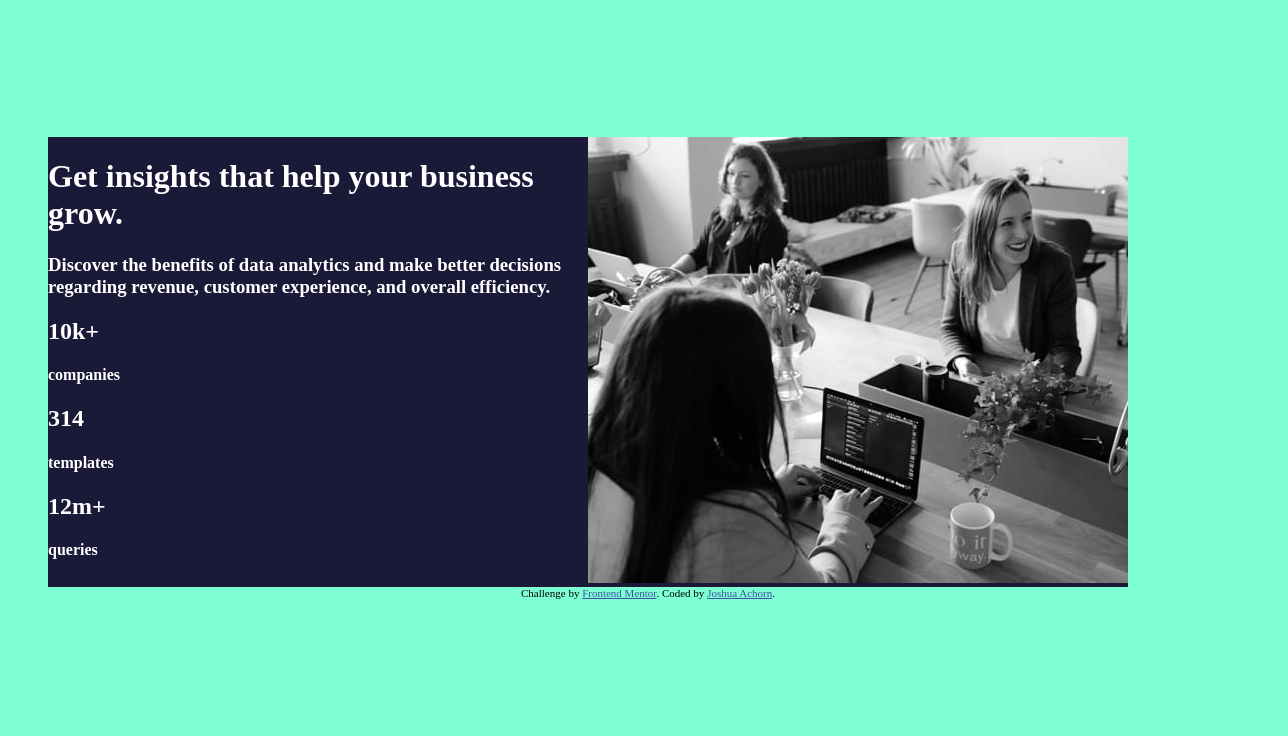
Repository: Achorn/stats-preview-card
Page: index.html
The author's editor kept a copy of each file at every save. The page is drawn from the files as they stood at one save, then again after the next save.
The browser window is 1280 px wide. The page is 1288 px wide, so the pictures cover 1288 px, including what lies to the right of the window. The pictures show the whole page.

Above is the page before, as saved 2021-06-16 17:17:45.

After the next save:
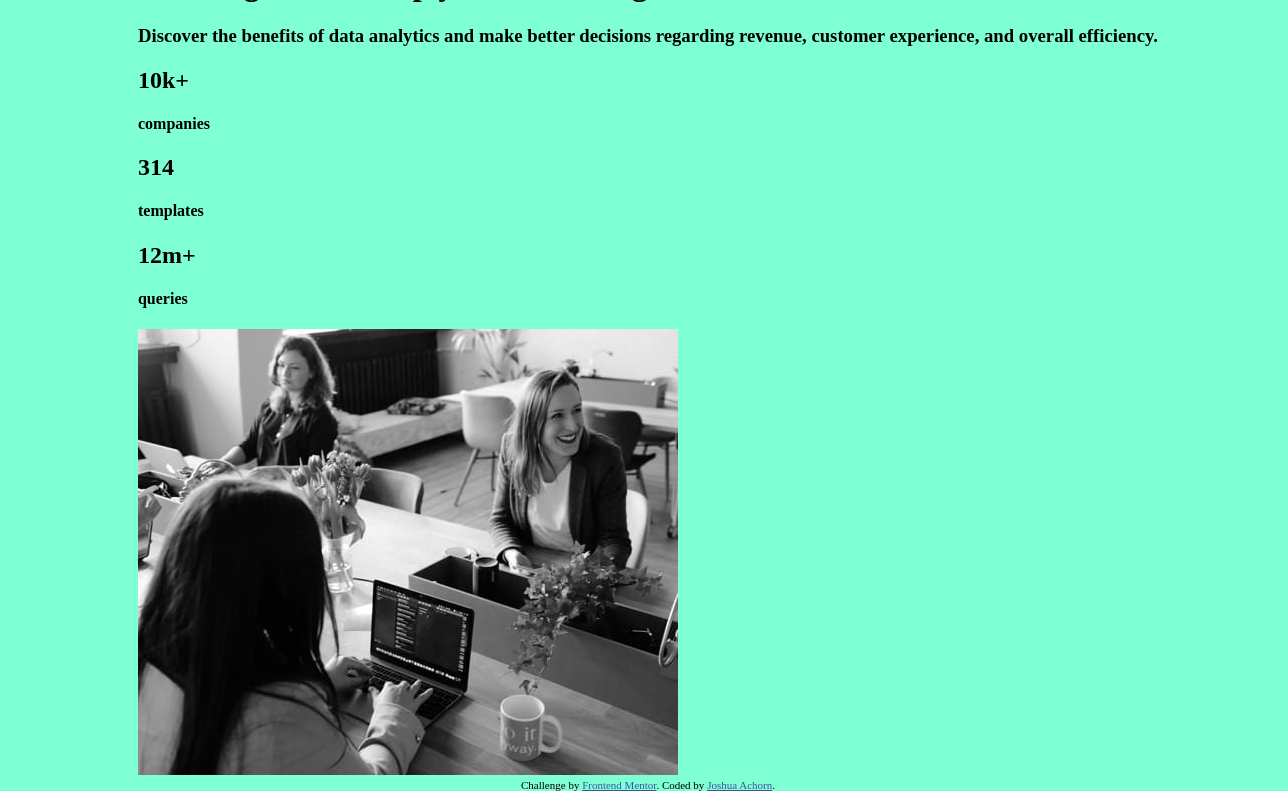
Saved 12 s later.
--- a/styles.css
+++ b/styles.css
@@ -7,11 +7,3 @@ body {
   justify-content: center;
   align-items: center;
 }
-
-#card-container {
-  width: 90%;
-  max-width: 1200px;
-  color: white;
-  background-color: hsl(244, 38%, 16%);
-  display: flex;
-}
